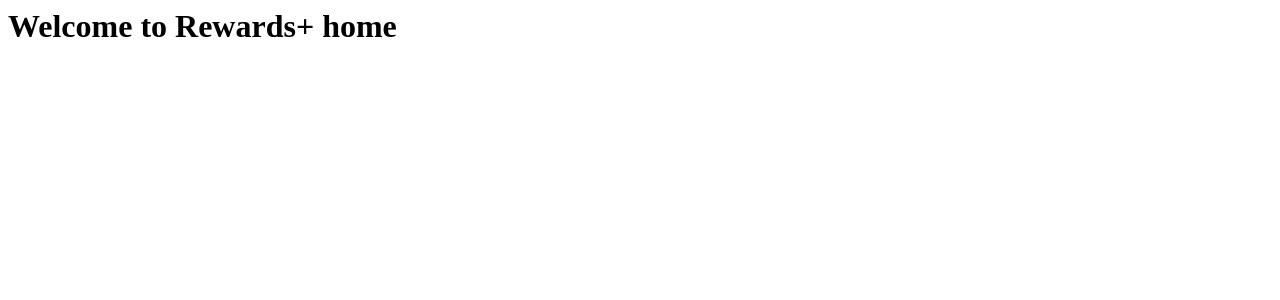
Repository: ahpraveen/springbootdemo
Page: demo/src/main/resources/static/home.html
The author's editor kept a copy of each file at every save. The page is drawn from the files as they stood at one save, then again after the next save.
The browser window is 1280 px wide. The pictures show the whole page.

Above is the page before, as saved 2018-01-21 05:54:44.

### demo/src/main/resources/static/home.html
<html>
<head>
<title>Home - Rewards+</title>
</head>
<body>
<h1> Welcome to Rewards+ home</h1>
</body>
</html>

After the next save:
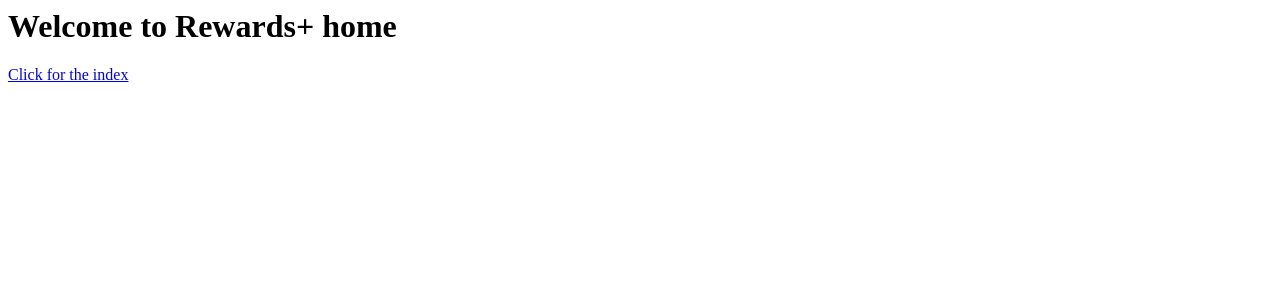
Saved 17 h 21 min later.
--- a/demo/src/main/resources/static/home.html
+++ b/demo/src/main/resources/static/home.html
@@ -4,5 +4,6 @@
 </head>
 <body>
 <h1> Welcome to Rewards+ home</h1>
+<a href="../templates/index.html">Click for the index</a>
 </body>
 </html>
